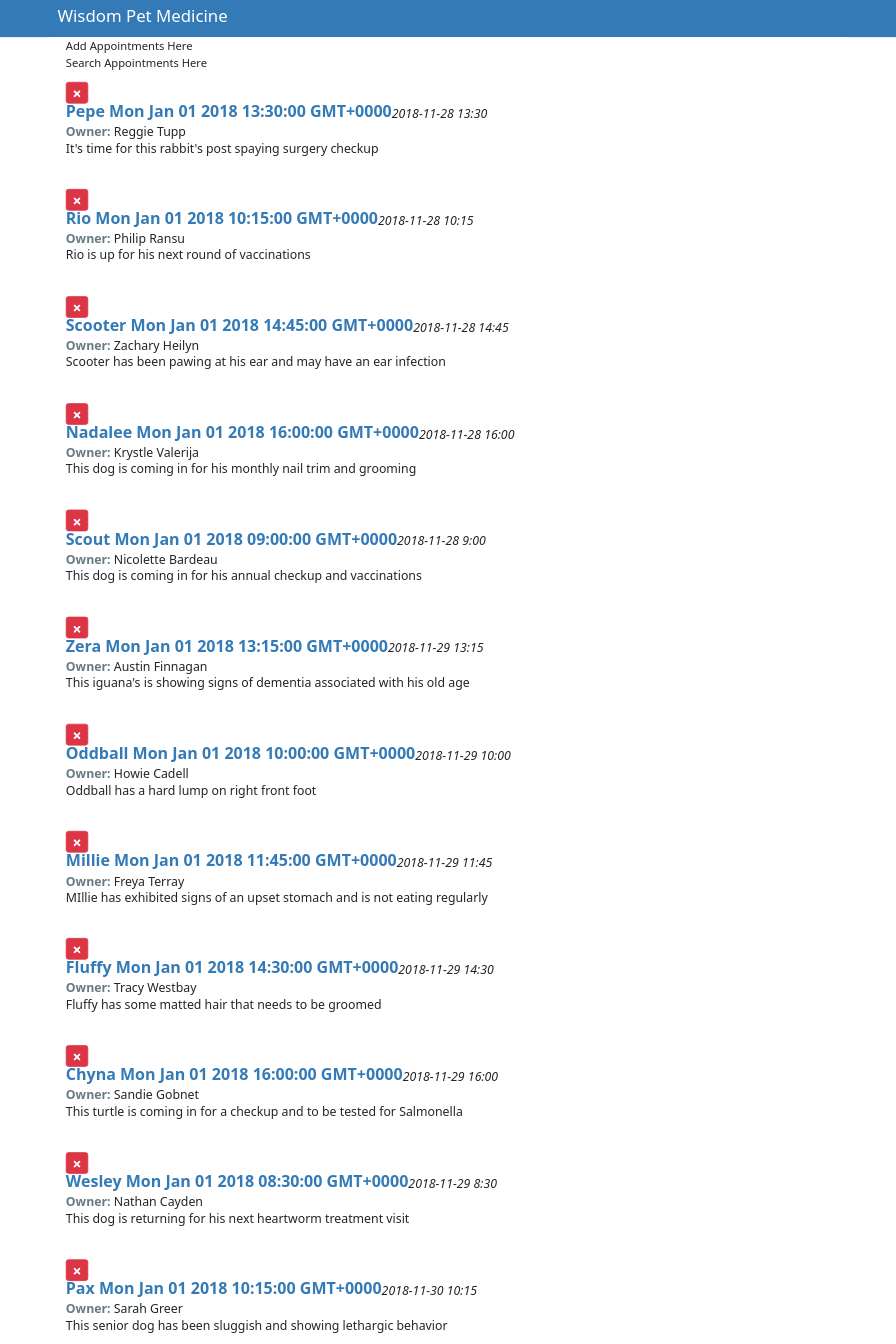
Repository: DevLuDaley/reactinterface
Page: /
The author's editor kept a copy of each file at every save. The page is drawn from the files as they stood at one save, then again after the next save.
The browser window is 1280 px wide. The pictures show the part of the page from y = 0 to 1920 px (the page is 3978 px tall), at 70% of full size.
The project was rebuilt for these pictures with package versions that can differ from the ones it lists, and the page was loaded fresh each time.

Above is the page before, as saved 2021-02-04 18:45:55.

### public/index.html
<!DOCTYPE html>
<html lang="en">
  <head>
    <meta charset="utf-8" />
    <link rel="icon" href="%PUBLIC_URL%/favicon.ico" />
    <meta name="viewport" content="width=device-width, initial-scale=1" />
    <meta name="theme-color" content="#000000" />
    <meta
      name="description"
      content="Web site created using create-react-app"
    />
    <link rel="apple-touch-icon" href="%PUBLIC_URL%/logo192.png" />
    <!--
      manifest.json provides metadata used when your web app is installed on a
      user's mobile device or desktop. See https://developers.google.com/web/fundamentals/web-app-manifest/
    -->
    <link rel="manifest" href="%PUBLIC_URL%/manifest.json" />
    <!--
      Notice the use of %PUBLIC_URL% in the tags above.
      It will be replaced with the URL of the `public` folder during the build.
      Only files inside the `public` folder can be referenced from the HTML.

      Unlike "/favicon.ico" or "favicon.ico", "%PUBLIC_URL%/favicon.ico" will
      work correctly both with client-side routing and a non-root public URL.
      Learn how to configure a non-root public URL by running `npm run build`.
    -->
    <title>React App</title>
  </head>
  <body>
    <noscript>You need to enable JavaScript to run this app.</noscript>
    <header class="container text-white">
      <h4 class="py-2">Wisdom Pet Medicine</h4>
    </header>

    <div id="root"></div>

    <footer class="container d-flex text-white py-2">
      <p>
        All contents &copy; 2018
        <a href="https://www.linkedin.com/learning">LinkedIn Learning</a>. All
        rights reserved.
      </p>
      <div class="ml-auto">
        <a class="d-block text-white" href="#">Terms of use</a>
        <a class="d-block text-white" href="#">Privacy policy</a>
      </div>
      <!-- col-md-6 -->
    </footer>
    <!-- footer -->
  </body>
</html>

### src/index.js
import React from 'react';
import ReactDOM from 'react-dom';
import 'bootstrap/dist/css/bootstrap.css'
import './css/index.css';
import App from './components/App';
import reportWebVitals from './reportWebVitals';
// import * as serviceWorker from './serviceWorker';
import 'jquery/dist/jquery'
import 'popper.js/dist/umd/popper'
import 'bootstrap/dist/js/bootstrap'

ReactDOM.render(
  <React.StrictMode>
    <App />
  </React.StrictMode>,
  document.getElementById('root')
);

// If you want to start measuring performance in your app, pass a function
// to log results (for example: reportWebVitals(console.log))
// or send to an analytics endpoint. Learn more: https://bit.ly/CRA-vitals
// serviceWorker.unregister()
reportWebVitals();

### src/components/App.js
import React, { Component } from 'react'
import '../css/App.css';
import AddAppointments from './AddAppointments';
import SearchAppointments from './SearchAppointments';
import ListAppointments from './ListAppointments';

class App extends Component {
  constructor(props) {
    super(props);
    this.state = {
      // myName: 'LH',
      authorized: true,
      myAppointments: [],
      lastIndex: 0
     }
  }
  componentDidMount() {
    fetch('./data.json')
    .then(response => response.json())
    .then(result => {
      const apts = result.map(item => {
        item.aptId = this.state.lastIndex
        this.setState({ lastIndex: this.state.lastIndex + 1})
        return item;
      })
      this.setState({
        myAppointments: apts
      })
    })
  }

  render() {
    // const listItems = this.state.myAppointments.map(item => (
    //   <div>
    //     <div>
    //       {item.petName}
    //     </div>
    //       <div>{item.ownerName}</div>
    //   </div>
    // ))
    return (
      // <div className="App">
            <main className="page bg-white" id="petratings">
        <div className="container">
          <div className="row">
            <div className="col-md-12 bg-white">
              <div className="container">
              {/* { this.state.myName} */}
              {/* { listItems } */}
                <div> <AddAppointments /> </div>
                <div> <SearchAppointments authorized={true}/> </div>
                <div> <ListAppointments appointments={this.state.myAppointments} /> </div>
              </div>
            </div>
          </div>
        </div>
      </main>
    // </div>
      );
  }
}

export default App;

### src/components/AddAppointments.js
import React, { Component } from 'react'

class AddAppointments extends Component {
    constructor(props) {
        super(props);
        this.state = {  }
    }
    render() {
        return (
            <div>
                Add Appointments Here
            </div>
         );
    }
}

export default AddAppointments;

### src/components/SearchAppointments.js
import React, { Component } from 'react'
class SearchAppointments extends Component {
    constructor(props) {
        super(props);
        this.state = {  }
    }
    render() {
        return (
        <div>
            Search Appointments Here
        </div>
        );
    }
}

export default SearchAppointments;

### src/components/ListAppointments.js
import React, { Component } from 'react'
import { FaTimes } from 'react-icons/fa';
import Moment from 'react-moment';

class ListAppointments extends Component {
    constructor(props) {
        super(props);
        this.state = {  }
    }
    render() {
    //   const listItems = this.state.myAppointments.map(item => (
    //   const listItems = this.props.appointments.map(item => (
    //         <div>
    //             <div>
    //             {item.petName} -- {item.ownerName}</div>
    //         </div>
    // ))



        return (
        <div>
            {/* List Appointments Here */}
            {/* {listItems} */}
            {this.props.appointments.map(item => (
                <div className="appointment-list item-list mb-3">
          <div className="pet-item col media py-3" key={item.aptId}>
            <div className="mr-3">
              <button className="pet-delete btn btn-sm btn-danger"><FaTimes/></button>
            </div>

            <div className="pet-info media-body">
              <div className="pet-head d-flex">
                <span className="pet-name">{item.petName} <Moment date={item.aptDate}
                    parse='YYYY-MMM-dd hh:mm'
                /> </span>
                <span className="apt-date ml-auto">{item.aptDate}</span>
              </div>

              <div className="owner-name">
                <span className="label-item">Owner: </span>
                <span>{item.ownerName}</span>
              </div>
              <div className="apt-notes">{item.aptNotes}</div>
            </div>
          </div>
      </div>
            ))}

        </div>
        );
    }
}
export default ListAppointments;

### public/data.json
[
  {
    "petName": "Pepe",
    "ownerName": "Reggie Tupp",
    "aptNotes": "It's time for this rabbit's post spaying surgery checkup",
    "aptDate": "2018-11-28 13:30"
  },
  {
    "petName": "Rio",
    "ownerName": "Philip Ransu",
    "aptNotes": "Rio is up for his next round of vaccinations",
    "aptDate": "2018-11-28 10:15"
  },
  {
    "petName": "Scooter",
    "ownerName": "Zachary Heilyn",
    "aptNotes": "Scooter has been pawing at his ear and may have an ear infection",
    "aptDate": "2018-11-28 14:45"
  },
  {
    "petName": "Nadalee",
    "ownerName": "Krystle Valerija",
    "aptNotes": "This dog is coming in for his monthly nail trim and grooming",
    "aptDate": "2018-11-28 16:00"
  },
  {
    "petName": "Scout",
    "ownerName": "Nicolette Bardeau",
    "aptNotes": "This dog is coming in for his annual checkup and vaccinations",
    "aptDate": "2018-11-28 9:00"
  },
  {
    "petName": "Zera",
    "ownerName": "Austin Finnagan",
    "aptNotes": "This iguana's is showing signs of dementia associated with his old age",
    "aptDate": "2018-11-29 13:15"
  },
  {
    "petName": "Oddball",
    "ownerName": "Howie Cadell",
    "aptNotes": "Oddball has a hard lump on right front foot",
    "aptDate": "2018-11-29 10:00"
  },
  {
    "petName": "Millie",
    "ownerName": "Freya Terray",
    "aptNotes": "MIllie has exhibited signs of an upset stomach and is not eating regularly",
    "aptDate": "2018-11-29 11:45"
  },
  {
    "petName": "Fluffy",
    "ownerName": "Tracy Westbay",
    "aptNotes": "Fluffy has some matted hair that needs to be groomed",
    "aptDate": "2018-11-29 14:30"
  },
  {
    "petName": "Chyna",
    "ownerName": "Sandie Gobnet",
    "aptNotes": "This turtle is coming in for a checkup and to be tested for Salmonella",
    "aptDate": "2018-11-29 16:00"
  },
  {
    "petName": "Wesley",
    "ownerName": "Nathan Cayden",
    "aptNotes": "This dog is returning for his next heartworm treatment visit",
    "aptDate": "2018-11-29 8:30"
  },
  {
    "petName": "Pax",
    "ownerName": "Sarah Greer",
    "aptNotes": "This senior dog has been sluggish and showing lethargic behavior",
    "aptDate": "2018-11-30 10:15"
  },
  {
    "petName": "Squiggles",
    "ownerName": "Madisyn Roope",
    "aptNotes": "Squiggles is due for her annual checkup and vaccinations",
    "aptDate": "2018-11-30 11:30"
  },
  {
    "petName": "Lucky",
    "ownerName": "Lisa Choy-Wu",
    "aptNotes": "This cat has tartar buildup and her owner would like his teeth cleaned",
    "aptDate": "2018-11-30 14:30"
  },
  {
    "petName": "Bailey",
    "ownerName": "Leslie Richardson",
    "aptNotes": "This cat is suffering from hotspots and dermatitis",
    "aptDate": "2018-11-30 15:45"
  },
  {
    "petName": "Kiko",
    "ownerName": "Kathlyn Zlata",
    "aptNotes": "Kiko has been exhibiting excessive thirst and weight loss for the past few weeks",
    "aptDate": "2018-11-30 9:00"
  },
  {
    "petName": "Felix",
    "ownerName": "Francine Benet",
    "aptNotes": "Felix's mom is coming in to follow up on  lab work results",
    "aptDate": "2018-12-1 13:00"
  },
  {
    "petName": "Sami",
    "ownerName": "Maggie Rickland",
    "aptNotes": "Sami has had some changes in his bathroom in habits",
    "aptDate": "2018-12-1 10:00"
  },
  {
    "petName": "Cosmo",
    "ownerName": "Jennifer Dawson",
    "aptNotes": "Cosmo's mom would like us to check for arthritic conditions and do a routine checkup",
    "aptDate": "2018-12-1 11:30"
  },
  {
    "petName": "Casper",
    "ownerName": "Dalania Devitto",
    "aptNotes": "This dog is coming in for a nail trim and grooming",
    "aptDate": "2018-12-1 15:15"
  },
  {
    "petName": "Chip",
    "ownerName": "Jason Hemlock",
    "aptNotes": "This fish has a spotty white patch developing on his back ",
    "aptDate": "2018-12-1 8:45"
  },
  {
    "petName": "Tibbs",
    "ownerName": "Shad Cayden",
    "aptNotes": "Tibbs has had an ongoing rash and cold symptoms and we are going to run allergy tests",
    "aptDate": "2018-12-2 13:30"
  },
  {
    "petName": "Stich",
    "ownerName": "Dennis Nicholback",
    "aptNotes": "Stich has been having some stomach issues and is due for his vaccinations",
    "aptDate": "2018-12-2 10:15"
  },
  {
    "petName": "Shadow",
    "ownerName": "Audry Topsy",
    "aptNotes": "This cat has a red swollen eye with a discharge",
    "aptDate": "2018-12-2 15:00"
  },
  {
    "petName": "Nugget",
    "ownerName": "Darla Branson",
    "aptNotes": "This little fish Nugget, has  a rash on his stomach area",
    "aptDate": "2018-12-2 9:00"
  }
]

Loaded but not shown: src/css/index.css (common file); src/reportWebVitals.js (common file); src/css/App.css (common file)

After the next save:
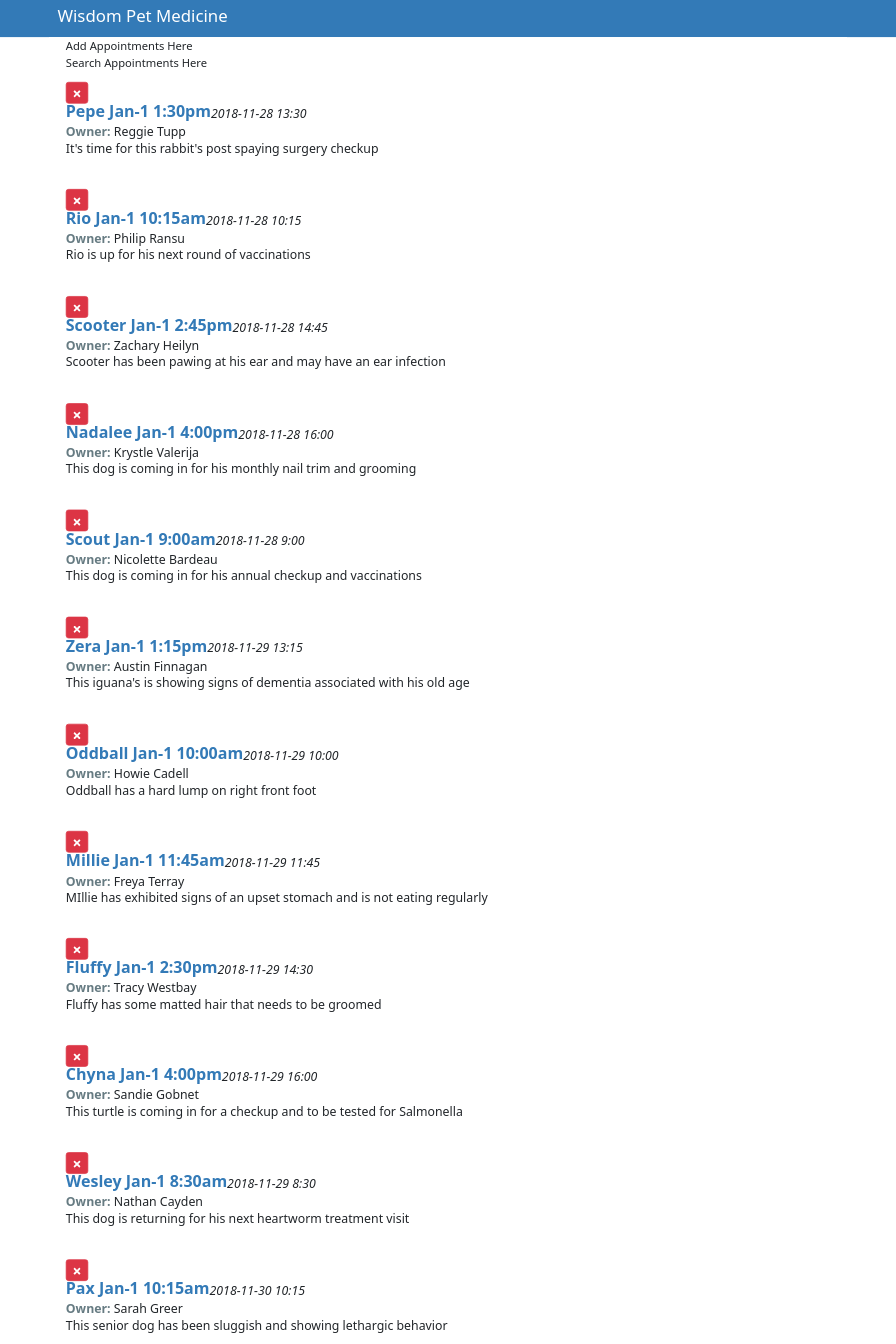
Saved 38 s later.
--- a/src/components/ListAppointments.js
+++ b/src/components/ListAppointments.js
@@ -33,6 +33,7 @@ class ListAppointments extends Component {
               <div className="pet-head d-flex">
                 <span className="pet-name">{item.petName} <Moment date={item.aptDate}
                     parse='YYYY-MMM-dd hh:mm'
+                    format="MMM-D h:mma"
                 /> </span>
                 <span className="apt-date ml-auto">{item.aptDate}</span>
               </div>
